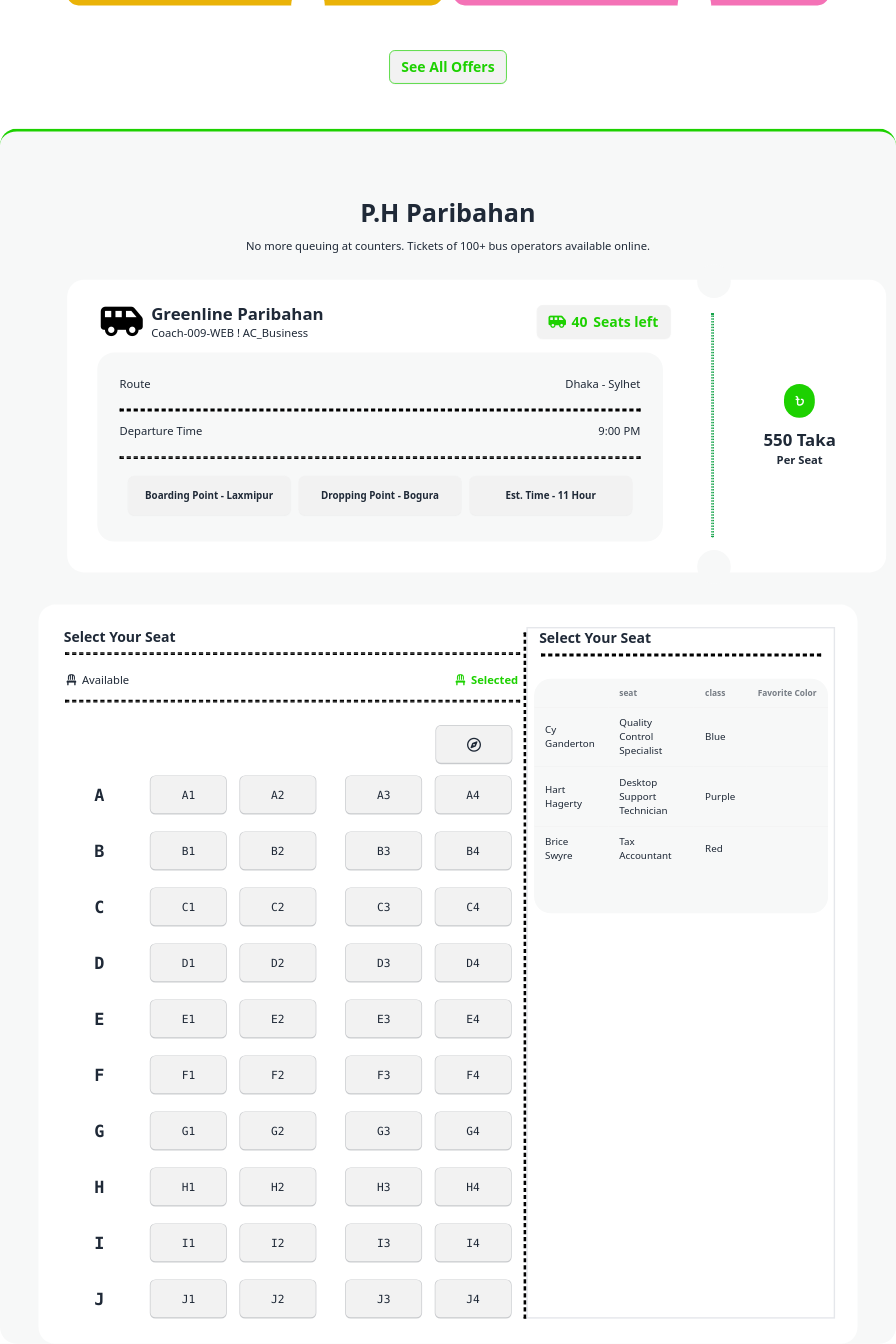
Repository: RudrasahaDibos/Smart-ticketing
Page: index.html
These files come from the project's save history. The page is drawn as it stood at one moment and after the next save; the edit follows.
The browser window is 1280 px wide. The pictures show the part of the page from y = 1134 to 3054 px (the page is 3054 px tall), at 70% of full size.
Some web fonts or font styles are not loaded; a fallback is used. Some web libraries are served in a nearby version.

Above is the page before, as saved 2024-11-10 15:54:31.

### index.html
<!DOCTYPE html>
<html lang="en">
  <head>
    <meta charset="UTF-8">
    <meta name="viewport" content="width=device-width, initial-scale=1.0">
    <title>Smart-ticketing</title>
    <!-- tailwind link -->
    <link href="https://cdn.jsdelivr.net/npm/daisyui@4.12.14/dist/full.min.css"
      rel="stylesheet" type="text/css" />
    <script src="https://cdn.tailwindcss.com"></script>
    <!-- font awesome link -->
    <link rel="stylesheet"
      href="https://cdnjs.cloudflare.com/ajax/libs/font-awesome/6.6.0/css/all.min.css"
      integrity="sha512-Kc323vGBEqzTmouAECnVceyQqyqdsSiqLQISBL29aUW4U/M7pSPA/gEUZQqv1cwx4OnYxTxve5UMg5GT6L4JJg=="
      crossorigin="anonymous" referrerpolicy="no-referrer" />

    <!-- google fonts  -->
    <link rel="preconnect" href="https://fonts.googleapis.com">
    <link rel="preconnect" href="https://fonts.gstatic.com" crossorigin>
    <link
      href="https://fonts.googleapis.com/css2?family=Anton+SC&family=Manrope:wght@200..800&family=Raleway:ital,wght@0,100..900;1,100..900&display=swap"
      rel="stylesheet">

    <style>
.raleway{
  font-family: "Raleway", sans-serif;
}
</style>

  </head>
  <body>
    <!-- header ends here -->
    <header class="container mx-auto lg:pl-24 lg:pr-24 lg:pt-4 w-[1400px]">
      <div>
        <!-- navbar starts here -->
        <div class="navbar bg-base-100">
          <div class="navbar-start">
            <div class="dropdown">
              <div tabindex="0" role="button" class="btn btn-ghost lg:hidden">
                <svg
                  xmlns="http://www.w3.org/2000/svg"
                  class="h-5 w-5"
                  fill="none"
                  viewBox="0 0 24 24"
                  stroke="currentColor">
                  <path
                    stroke-linecap="round"
                    stroke-linejoin="round"
                    stroke-width="2"
                    d="M4 6h16M4 12h8m-8 6h16" />
                </svg>
              </div>
              <ul
                tabindex="0"
                class="menu menu-sm dropdown-content bg-base-100 rounded-box z-[1] mt-3 w-52 p-2 shadow">
                <li><a>Home</a></li>
                <li><a>About</a></li>
                <li><a>Destination</a></li>
                <li><a>Search</a></li>
              </ul>
            </div>
            <a class="btn btn-ghost text-2xl font-extrabold">E-Ticket</a>
          </div>
          <div class="navbar-center hidden lg:flex">
            <ul class="menu menu-horizontal px-1">
              <li><a>Home</a></li>
              <li><a>About</a></li>
              <li><a>Destination</a></li>
              <li><a>Search</a></li>
            </ul>
          </div>
          <div class="navbar-end">
            <a class="btn text-[#1DD100]  border-1  text-xl">Bus <i
                class="fa-solid fa-van-shuttle"></i></a>
          </div>
        </div>
      </div>

      <!-- banner start here -->

      <div
        class="hero h-[550px] mt-8 bg-[url('/images/banner.png')] rounded-3xl relative">

        <div class="hero-content text-neutral-content text-center">
          <div class>
            <h1 class="mb-5 text-5xl font-extrabold">End-to-End Travel with <br>
              <span class="text-5xl text-[#1DD100]  font-extrabold">P
                Paribahan</span></h1>
            <p class="mb-5">
              A one-stop solution for your travel needs

              Introducing you to the Shohoz way of life
            </p>
            <button class="btn bg-[#1DD100] border-none">Buy Tickets</button>
          </div>
        </div>
      </div>

      <!-- banner end here -->

      <!-- 3 card start here  -->

      <div
        class=" flex justify-between items-center gap-4 pl-16 pr-16 absolute -bottom-4   ">
        <div
          class="stat flex bg-white justify-center items-center shadow-xl  border-b-4 border-b-[#1DD100]  rounded-2xl w-[338px] h-[138px]">
          <div class="text-[#1DD100] text-2xl font-extrabold ">
            <i class="fa-solid fa-users"></i>
          </div>

          <div>
            <div class="stat-value">500K+</div>
            <div class="stat-desc text-xl ">Registered users</div>
          </div>

        </div>

        <div
          class="stat flex bg-white justify-center items-center  border-b-4 border-b-[#1DD100] shadow-xl  rounded-2xl w-[338px] h-[138px]">
          <div class="text-[#1DD100] text-2xl font-extrabold ">
            <i class="fa-solid fa-ticket  "></i>

          </div>

          <div>
            <div class="stat-value">1.7 lacks</div>
            <div class="stat-desc text-xl ">Tickets sold</div>
          </div>

        </div>

        <div
          class="stat flex bg-white justify-center items-center  border-b-4 border-b-[#1DD100] shadow-xl  rounded-2xl w-[338px] h-[138px]">
          <div class="text-[#1DD100] text-2xl font-extrabold ">
            <i class="fa-solid fa-van-shuttle"></i>

          </div>

          <div>
            <div class="stat-value">80K+</div>
            <div class="stat-desc text-xl ">Rental partners</div>
          </div>

        </div>
      </div>

      <!-- 3 card ends here -->

      <!-- navbar Ends here -->
    </header>
    <!-- header ends here -->

    <!-- main start here -->
    <main class>
      <!-- Best offers for you start here -->
      <section
        class="mt-40 container mx-auto  lg:pl-24 lg:pr-24 lg:pt-4 w-[1400px]">
        <h1 class="text-4xl font-semibold text-center">Best offers for you</h1>
        <!-- two card start here -->
        <div class="flex  flex-col lg:flex-row gap-4 mt-10">
          <div class="bg-yellow-500  w-[573px] h-[220px]  rounded-2xl">

            <div>

              <div class=" w-[50%] mt-14 ml-14">
                <h1 class="text-4xl font-extrabold">15% OFF</h1>
                <p class="text-xl font-bold">on your next purchase</p>
                <p class="text-xl font-bold">use by January 2024</p>
              </div>

              <div class=" w-1/4 -mt-20 ml-auto mr-14  text-center">
                <h1 class="text-4xl font-extrabold">NEW15</h1>
                <p class="text-xl font-bold">Coupon Code</p>

              </div>
            </div>
            <p
              class="bg-white w-[48px] h-[48px] absolute mx-auto rounded-full ml-80 -mt-40  "></p>
            <p
              class="bg-white w-[48px] h-[48px] absolute mx-auto rounded-full ml-80 mt-[55px]  "></p>
            <p
              class="border-2 border-dotted border-white relative w-0 h-32 -mt-[95px] ml-[343px]  "></p>

          </div>
          <div class="bg-pink-400   w-[573px] h-[220px] rounded-2xl">
            <div>

              <div class=" w-[50%] mt-14 ml-14">
                <h1 class="text-4xl font-extrabold">20% OFF</h1>
                <p class="text-xl font-bold">on your next purchase</p>
                <p class="text-xl font-bold">use by January 2024</p>
              </div>

              <div class="  w-2/4 -mt-20 ml-[300px] mr-14  text-center">
                <h1 class="text-4xl font-extrabold">Couple 20</h1>
                <p class="text-xl font-bold">Coupon Code</p>

              </div>
            </div>
            <p
              class="bg-white w-[48px] h-[48px] absolute mx-auto rounded-full ml-80 -mt-40  "></p>
            <p
              class="bg-white w-[48px] h-[48px] absolute mx-auto rounded-full ml-80 mt-[55px]  "></p>
            <p
              class="border-2 border-dotted border-white relative w-0 h-32 -mt-[95px] ml-[343px]  "></p>
          </div>
        </div>
        <div class=" text-center mt-16">
          <a class="btn text-[#1DD100]  border-1 border-[#1DD100] text-xl">See
            All Offers
          </a>
        </div>
        <!-- two card end here -->
      </section>

      <!-- Best offers for you ends here -->
      <!-- tickeing process start here -->
      <section
        class="bg-[#F7F8F8] w-full min-h-screen rounded-3xl mt-16 border-t-4 border-t-[#1DD100]">

        <div class="container mx-auto  lg:pl-24 lg:pr-24 lg:pt-4 w-[1400px]">
          <h1 class="text-4xl font-semibold text-center mt-20">P.H Paribahan
          </h1>
          <p class=" text-center w-[736px] h-[60px] mx-auto mt-4">No more
            queuing at counters. Tickets of 100+ bus operators available online.
          </p>
          <!-- Greenline Paribahan  start here-->

          <div
            class="bg-[#FFFFFF] w-[1170px] h-[418px] rounded-3xl  container mx-auto p-8 flex justify-between ">
            <div class=" w-3/4">
              <!-- Coach-009-WEB ! AC_Business start here -->
              <div class="flex justify-between ">

                <div class="flex justify-center items-center gap-3 ml-4 ">
                  <div class="text-5xl text-black  ">
                    <i class="fa-solid fa-van-shuttle "></i>
                  </div>
                  <div>
                    <h1 class="text-2xl font-bold">Greenline Paribahan</h1>
                    <p>Coach-009-WEB ! AC_Business</p>
                  </div>
                </div>

                <div class="flex felx-col justify-end mt-1">
                  <a class="btn text-[#1DD100]  border-1  text-xl"> <i
                      class="fa-solid fa-van-shuttle"></i> <span>40</span> Seats
                    left </a>
                </div>
              </div>
              <!-- Coach-009-WEB ! AC_Business end here -->

              <!-- Dhaka - Sylhet starts here -->
              <div
                class="bg-[#F7F8F8] w-[808px] h-[270px] mt-4 mx-auto rounded-3xl">

                <div class>
                  <div class="flex justify-between p-4 ">
                    <h1 class="ml-4 mt-4">Route</h1>
                    <h1 class="mr-4 mt-4">Dhaka - Sylhet</h1>
                  </div>

                  <div
                    class="border-dashed border-black border-2 mt-2  w-[744px] mx-auto h-0"></div>

                  <div class="flex justify-between p-4 ">
                    <h1 class="ml-4">Departure Time</h1>
                    <h1 class="mr-4">9:00 PM</h1>
                  </div>
                  <div
                    class="border-dashed border-black border-2 mt-2  w-[744px] mx-auto h-0"></div>

                  <div class="mt-2 p-4 flex justify-center items-center gap-3">
                    <button class="btn   w-[232px] h-[56px]">Boarding Point -
                      Laxmipur</button>
                    <button class="btn  w-[232px] h-[56px]">Dropping Point -
                      Bogura</button>
                    <button class="btn  w-[232px] h-[56px]">Est. Time - 11
                      Hour</button>
                  </div>
                </div>
              </div>
              <!-- Dhaka - Sylhet end here -->

            </div>

            <div
              class=" text-center flex flex-col justify-center items-center mr-10">
              <i
                class="fa-solid fa-bangladeshi-taka-sign bg-[#1DD100] rounded-full  p-4 text-white "></i>
              <h1 class="text-2xl font-semibold mt-4"><span>550</span> Taka</h1>
              <p class="font-bold">Per Seat</p>
            </div>

          </div>
          <p
            class="bg-[#F7F8F8] w-[48px] h-[48px] absolute mx-auto rounded-full ml-[900px] -mt-[440px]  "></p>
          <p
            class="bg-[#F7F8F8] w-[48px] h-[48px] absolute mx-auto rounded-full ml-[900px] -mt-8  "></p>
          <p
            class="border-2 border-dotted border-green-600 relative w-0 h-80 -mt-[370px] ml-[920px]  "></p>

          <!-- Greenline Paribahan  ends here-->
        </div>

        <!-- Select Your Seat star here  -->
        <div
          class="bg-[#FFFFFF] w-[1170px] h-[1056px] rounded-3xl mt-24 container mx-auto  ">

          <div class="flex justify-between p-8">
            <div class="w-3/5 ">
              <p class="font-semibold text-xl ml-1">Select Your Seat</p>
              <div
                class="border-dashed border-black border-2 mt-2  w-[650px] mx-auto h-0"></div>
              <!-- seat available start here -->
              <div class="flex justify-between mt-4">

                <div class="flex gap-2 justify-center items-center p-2 ">
                  <i class="fa-solid fa-chair"></i>
                  <p>Available</p>
                </div>
                <div
                  class="flex gap-2 justify-center items-center p-2 text-[#1DD100] ">
                  <i class="fa-solid fa-chair font-bold"></i>
                  <p class="font-bold">Selected</p>
                </div>

              </div>
              <!-- seat available ends here -->
              <div
                class="border-dashed border-black border-2 mt-2  w-[650px] mx-auto h-0"></div>
                <!-- seat planing start here -->
               <div class="mt-8">
                    <div class="text-end  mr-4">
                      <kbd class="kbd  h-[56px] w-[110px] text-center mx-auto "><i class="fa-regular fa-compass text-xl"></i></kbd>
                    </div>
                    <!-- seat  start here-->
                     <div class="flex  justify-between">
                          <!-- seat is with door start -->
                          <div class="grid grid-cols-3  w-3/5 ">
                                  <div class="mx-auto mt-4 space-y-6">
                                    <kbd class="kbd  w-[110px] h-[56px] bg-[#ffffff]  border-none font-bold text-2xl">A</kbd>
                                    <kbd class="kbd  w-[110px] h-[56px]  bg-[#ffffff] border-none font-bold text-2xl">B</kbd>
                                    <kbd class="kbd  w-[110px] h-[56px]  bg-[#ffffff] border-none font-bold text-2xl">C</kbd>
                                    <kbd class="kbd  w-[110px] h-[56px]  bg-[#ffffff] border-none font-bold text-2xl">D</kbd>
                                    <kbd class="kbd  w-[110px] h-[56px]  bg-[#ffffff] border-none font-bold text-2xl">E</kbd>
                                    <kbd class="kbd  w-[110px] h-[56px]  bg-[#ffffff] border-none font-bold text-2xl">F</kbd>
                                    <kbd class="kbd  w-[110px] h-[56px]  bg-[#ffffff] border-none font-bold text-2xl">G</kbd>
                                    <kbd class="kbd  w-[110px] h-[56px]  bg-[#ffffff] border-none font-bold text-2xl">H</kbd>
                                    <kbd class="kbd  w-[110px] h-[56px]  bg-[#ffffff] border-none font-bold text-2xl">I</kbd>
                                    <kbd class="kbd  w-[110px] h-[56px]  bg-[#ffffff] border-none font-bold text-2xl">J</kbd>
                                  </div>

                                  <div class="mt-4 space-y-6">
                                    <kbd class="kbd w-[110px] h-[56px] ">A1</kbd>
                                    <kbd class="kbd w-[110px] h-[56px] ">B1</kbd>
                                    <kbd class="kbd w-[110px] h-[56px] ">C1</kbd>
                                    <kbd class="kbd w-[110px] h-[56px] ">D1</kbd>
                                    <kbd class="kbd w-[110px] h-[56px] ">E1</kbd>
                                    <kbd class="kbd w-[110px] h-[56px] ">F1</kbd>
                                    <kbd class="kbd w-[110px] h-[56px] ">G1</kbd>
                                    <kbd class="kbd w-[110px] h-[56px] ">H1</kbd>
                                    <kbd class="kbd w-[110px] h-[56px] ">I1</kbd>
                                    <kbd class="kbd w-[110px] h-[56px] ">J1</kbd>
                                  </div>

                                  <div class="mt-4 space-y-6">
                                    <kbd class="kbd w-[110px] h-[56px] ">A2</kbd>
                                    <kbd class="kbd w-[110px] h-[56px] ">B2</kbd>
                                    <kbd class="kbd w-[110px] h-[56px] ">C2</kbd>
                                    <kbd class="kbd w-[110px] h-[56px] ">D2</kbd>
                                    <kbd class="kbd w-[110px] h-[56px] ">E2</kbd>
                                    <kbd class="kbd w-[110px] h-[56px] ">F2</kbd>
                                    <kbd class="kbd w-[110px] h-[56px] ">G2</kbd>
                                    <kbd class="kbd w-[110px] h-[56px] ">H2</kbd>
                                    <kbd class="kbd w-[110px] h-[56px] ">I2</kbd>
                                    <kbd class="kbd w-[110px] h-[56px] ">J2</kbd>
                                  </div>
                          </div>
                         <!-- seat is with door end -->

                          <!-- seat is driver start -->
                            <div class="grid grid-cols-2   w-2/5 ml-6">
                                    <div class="mx-auto mt-4 space-y-6">
                                      <kbd class="kbd w-[110px] h-[56px] ">A3</kbd>
                                      <kbd class="kbd w-[110px] h-[56px] ">B3</kbd>
                                      <kbd class="kbd w-[110px] h-[56px] ">C3</kbd>
                                      <kbd class="kbd w-[110px] h-[56px] ">D3</kbd>
                                      <kbd class="kbd w-[110px] h-[56px] ">E3</kbd>
                                      <kbd class="kbd w-[110px] h-[56px] ">F3</kbd>
                                      <kbd class="kbd w-[110px] h-[56px] ">G3</kbd>
                                      <kbd class="kbd w-[110px] h-[56px] ">H3</kbd>
                                      <kbd class="kbd w-[110px] h-[56px] ">I3</kbd>
                                      <kbd class="kbd w-[110px] h-[56px] ">J3</kbd>
                                    </div>
                                    <div class="mx-auto mt-4 space-y-6">
                                      <kbd class="kbd w-[110px] h-[56px] ">A4</kbd>
                                      <kbd class="kbd w-[110px] h-[56px] ">B4</kbd>
                                      <kbd class="kbd w-[110px] h-[56px] ">C4</kbd>
                                      <kbd class="kbd w-[110px] h-[56px] ">D4</kbd>
                                      <kbd class="kbd w-[110px] h-[56px] ">E4</kbd>
                                      <kbd class="kbd w-[110px] h-[56px] ">F4</kbd>
                                      <kbd class="kbd w-[110px] h-[56px] ">G4</kbd>
                                      <kbd class="kbd w-[110px] h-[56px] ">H4</kbd>
                                      <kbd class="kbd w-[110px] h-[56px] ">I4</kbd>
                                      <kbd class="kbd w-[110px] h-[56px] ">J4</kbd>
                                    </div>
                            </div>
                            <!-- seat is driver end -->
                     </div>

                     <!-- seat end here -->
               </div>

               <!-- seat planing end here -->



            </div>









            <div
              class="border-dashed border-black border-2 mt-2  w-[0px] mx-auto h-[980px]"></div>

            <div class="border-2  w-2/5 ">
              <p class="font-semibold text-xl ml-4">Select Your Seat</p>
              <div
                class="border-dashed border-black border-2 mt-2  w-[400px] mx-auto h-0"></div>

                <div class="bg-[#F7F8F8] w-[420px] h-[335px] rounded-3xl mx-auto mt-8 ">
                  <div class="overflow-x-auto">
                    <table class="table">
                      <!-- head -->
                      <thead>
                        <tr>
                          <th></th>
                          <th>seat</th>
                          <th>class</th>
                          <th>Favorite Color</th>
                        </tr>
                      </thead>
                      <tbody>
                        <!-- row 1 -->
                        <tr>

                          <td>Cy Ganderton</td>
                          <td>Quality Control Specialist</td>
                          <td>Blue</td>
                        </tr>
                        <!-- row 2 -->
                        <tr>

                          <td>Hart Hagerty</td>
                          <td>Desktop Support Technician</td>
                          <td>Purple</td>
                        </tr>
                        <!-- row 3 -->
                        <tr>

                          <td>Brice Swyre</td>
                          <td>Tax Accountant</td>
                          <td>Red</td>
                        </tr>
                      </tbody>
                    </table>
                  </div>
                </div>

            </div>
          </div>

        </div>

        <!-- Select Your Seat end here  -->

      </section>
      <!-- tickeing process ends here -->

    </main>
    <!-- main ends here -->

    <!-- js add -->
    <script src="index.js"></script>
  </body>
</html>

Loaded but not shown: index.js (common file)

After the next save:
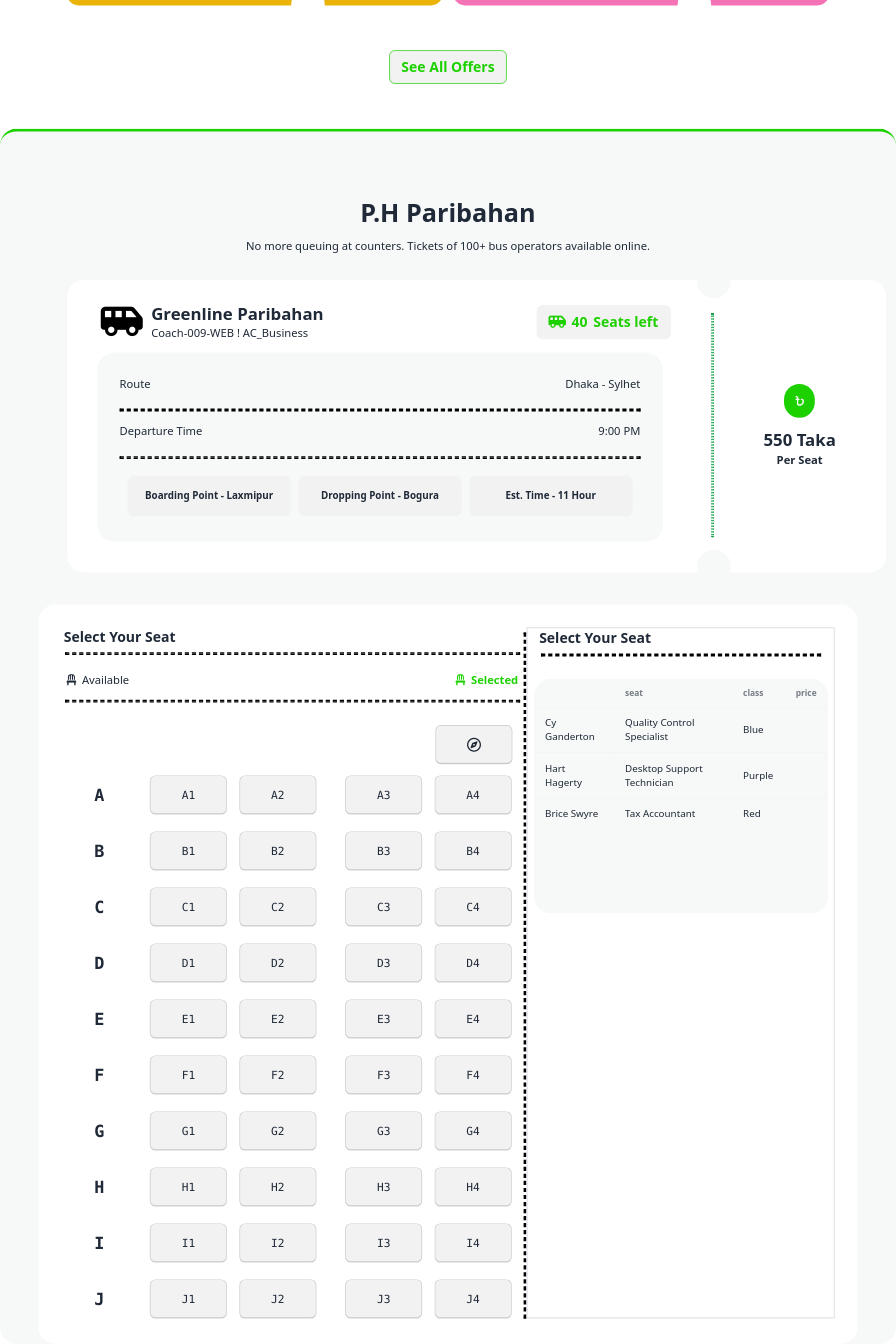
Saved 6 s later.
--- a/index.html
+++ b/index.html
@@ -443,7 +443,7 @@
                           <th></th>
                           <th>seat</th>
                           <th>class</th>
-                          <th>Favorite Color</th>
+                          <th>price</th>
                         </tr>
                       </thead>
                       <tbody>
